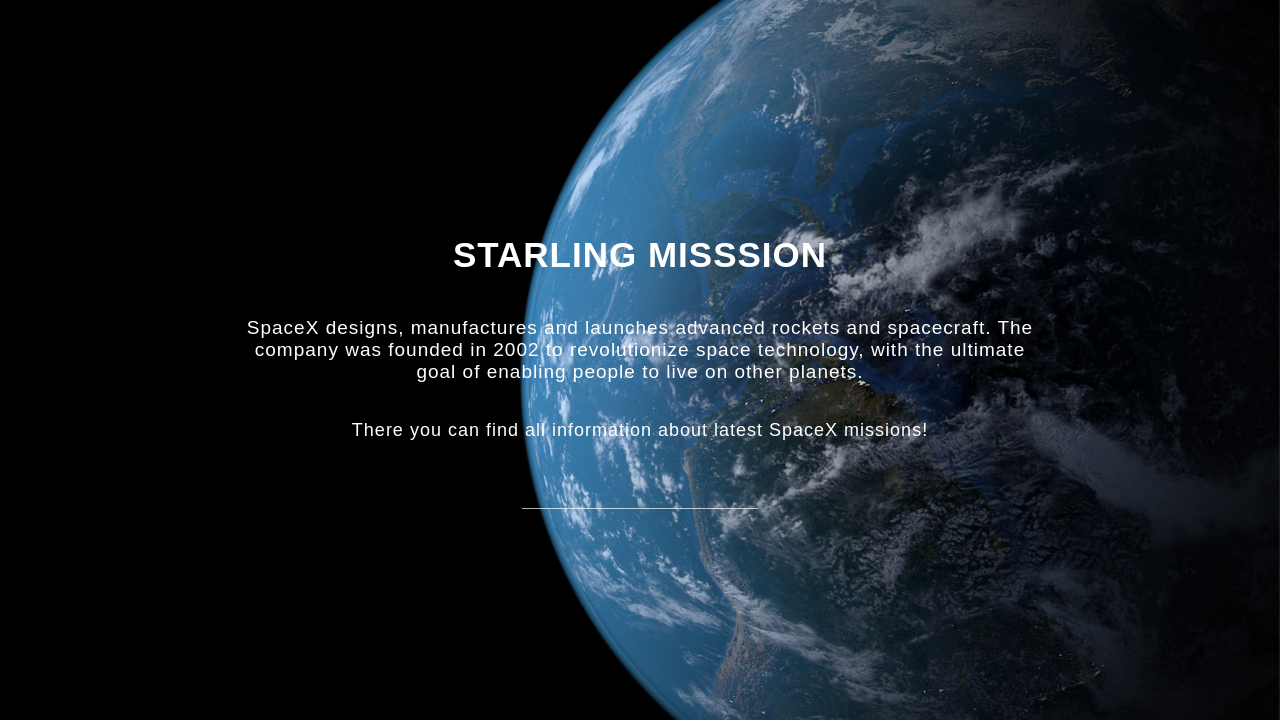
Repository: PJasiczek/vue-shop
Page: /
These files come from the project's save history. The page is drawn as it stood at one moment and after a run of saves; the edit follows.
The browser window is 1280 px wide. The pictures show the whole page.
The project was rebuilt for these pictures with package versions that can differ from the ones it lists, and the page was loaded fresh each time.

Above is the page before, as saved 2020-04-06 19:49:56.

After the next 3 saves:
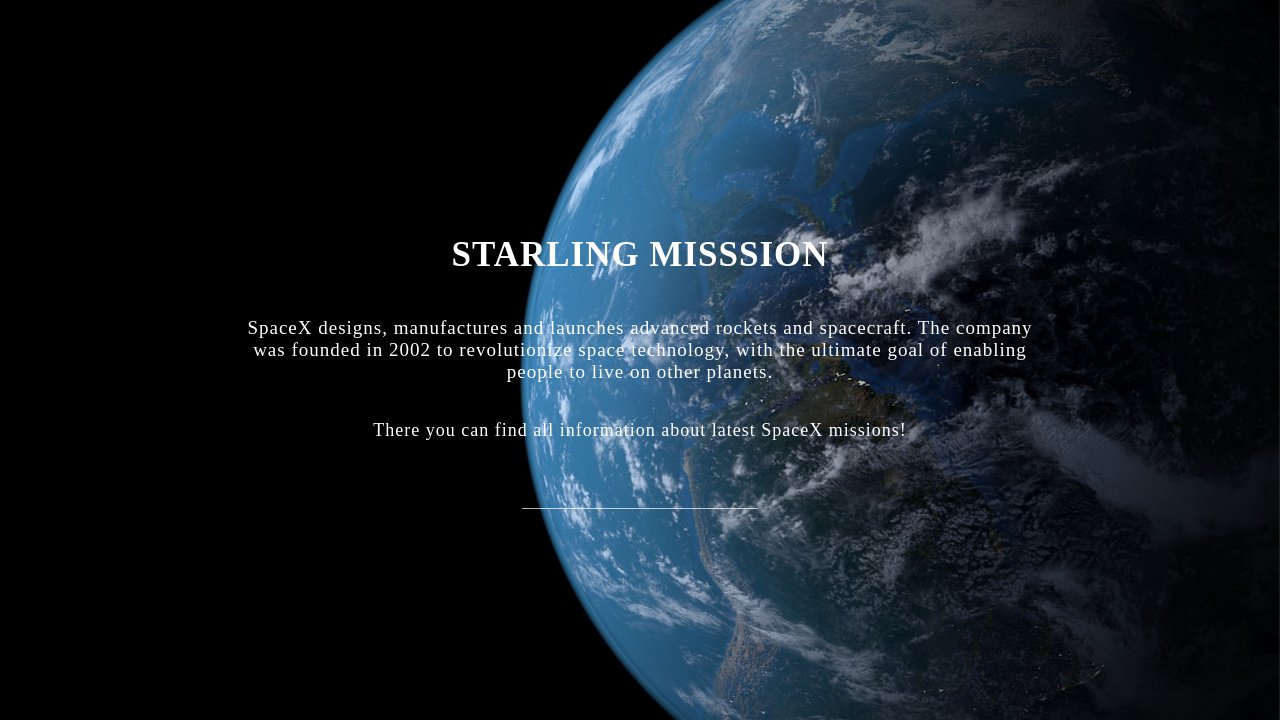
The 3 saves are shown as one change because they came seconds apart.
The last was saved 10 s later.
--- a/src/App.vue
+++ b/src/App.vue
@@ -50,6 +50,7 @@
 <style lang="scss">
   //@import url('https://fonts.googleapis.com/css2?family=Baloo+Thambi+2:wght@400;500;600;700;800&display=swap');
   @import url('https://fonts.googleapis.com/css2?family=Montserrat:ital,wght@0,100;0,200;0,300;0,400;0,500;0,600;0,700;1,100;1,200;1,300;1,400;1,500;1,600;1,900&display=swap');
+
   *{
     box-sizing: border-box;
     -webkit-font-smoothing: antialiased;
@@ -59,7 +60,7 @@
   body{
     margin: 0;
     padding: 0;
-    font-family: 'Baloo Thambi 2', sans-serif;
+    //font-family: 'Baloo Thambi 2', sans-serif;
   }
   .wrapper{
     display: flex;
